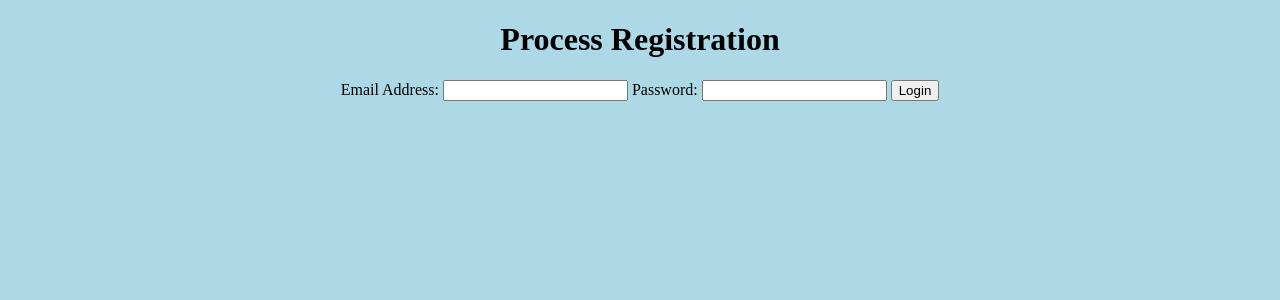
Repository: jedeyejed00/TheGameShaq
Page: http://localhost/ClassWork/ClassAssignment/process_register.php
The author's editor kept a record of every edit. The page is drawn from the files as they stood at one moment, then again after the next edit.
The browser window is 1280 px wide. The pictures show the whole page.
The page is run by PHP 8.4 with error messages shown; the project is at /var/www/html/.

Above is the page before.

### ClassWork/ClassAssignment/process_register.php
<!DOCTYPE html>

<html><head>
<title>Process Registration</title>

    </head>

    <body bgcolor = lightblue><Center>

                <H1>Process Registration</H1>

                <form action ="register.php" method = "POST">

                    <label for ="email">Email Address:</label>
                    <input type ="email" name = "email" id="email" required>

                    <label for ="password">Password:</label>
                    <input type ="password"= name = "password" id ="password" required>

                    <button> Login</button>



                    </form>



</Center></body>

    </html>

After the next edit:
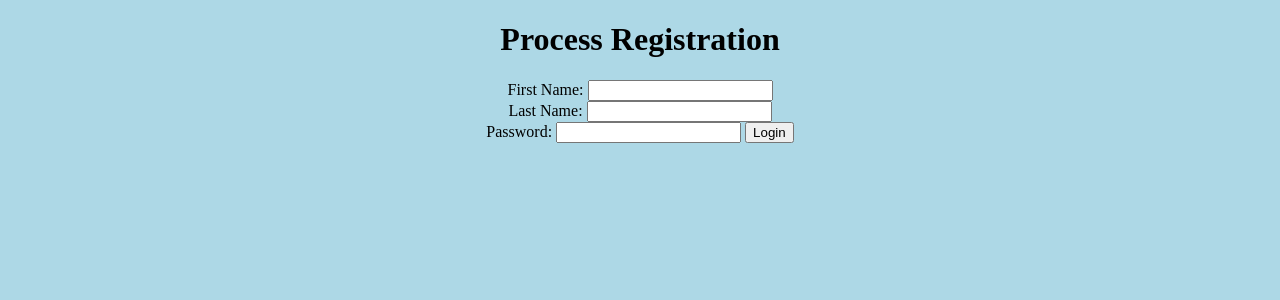
The edit:
--- a/ClassWork/ClassAssignment/process_register.php
+++ b/ClassWork/ClassAssignment/process_register.php
@@ -11,8 +11,11 @@
 
                 <form action ="register.php" method = "POST">
 
-                    <label for ="email">Email Address:</label>
-                    <input type ="email" name = "email" id="email" required>
+                    <label for ="firstname">First Name:</label>
+                    <input type ="firstname" name = "firstName" id="firstname" required> <br>
+
+                     <label for ="lastname">Last Name:</label>
+                    <input type ="lastname" name = "lastName" id="lastname" required> <br>
 
                     <label for ="password">Password:</label>
                     <input type ="password"= name = "password" id ="password" required>
